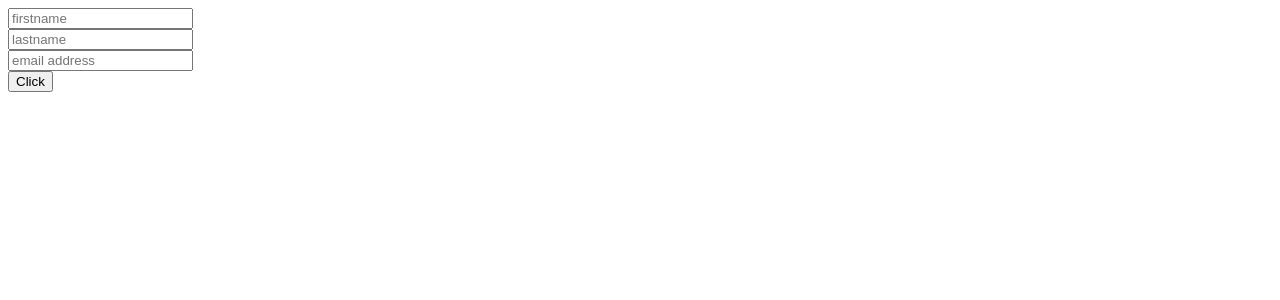
Repository: sauran/SapientTraining
Page: WebDemo/WebContent/Registrations.html
The author's editor kept a copy of each file at every save. The page is drawn from the files as they stood at one save, then again after the next save.
The browser window is 1280 px wide. The pictures show the whole page.

Above is the page before, as saved 2015-09-16 11:03:21.

After the next save:
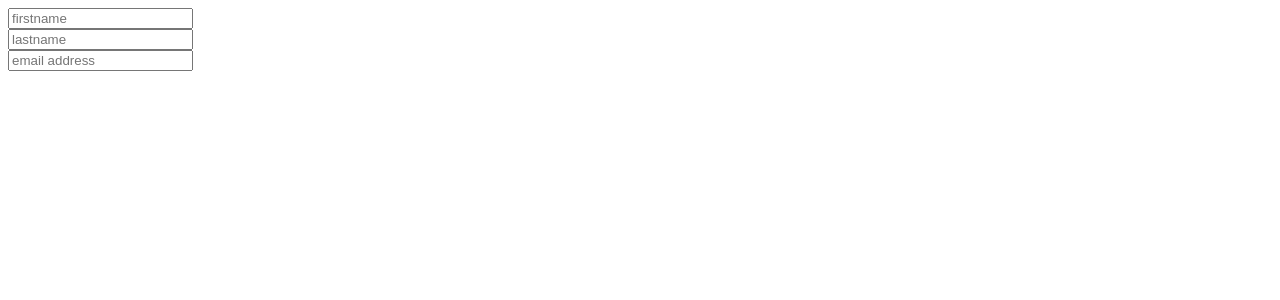
Saved 3 s later.
--- a/WebDemo/WebContent/Registrations.html
+++ b/WebDemo/WebContent/Registrations.html
@@ -55,9 +55,9 @@
 
 <div id = "divHello">  </div>
 
-<input type ="button" value ="Click" onclick="checkCookie()">
+
 </form>
 
-<script type="text/javascript" src = Cookie.js></script>
+
 </body>
 </html>
